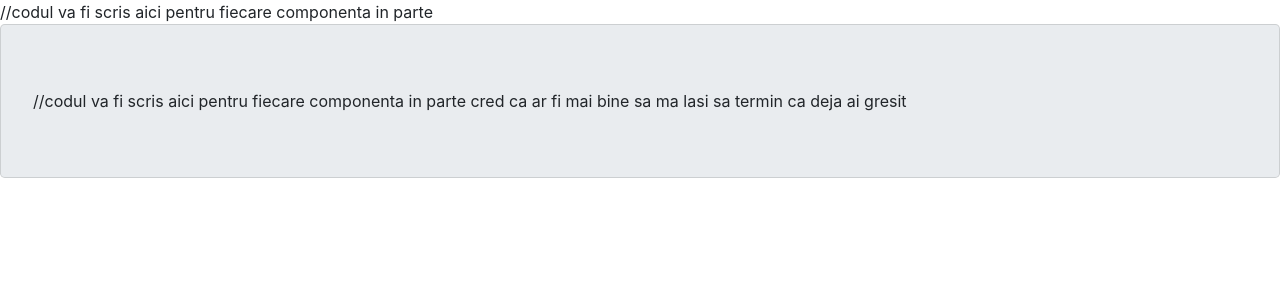
Repository: nicolasolo/bitesizecoding.space
Page: index.html
The author's editor kept a copy of each file at every save. The page is drawn from the files as they stood at one save, then again after the next save.
The browser window is 1280 px wide. The pictures show the whole page.

Above is the page before, as saved 2020-04-09 17:20:08.

After the next save:
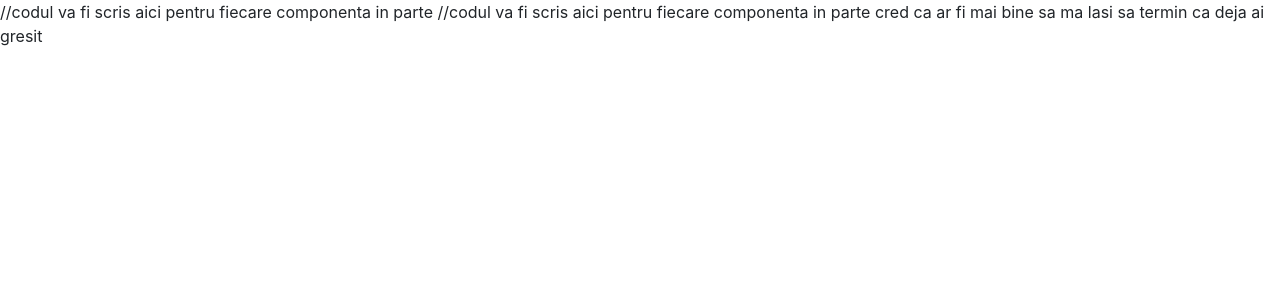
Saved 15 s later.
--- a/index.html
+++ b/index.html
@@ -12,7 +12,7 @@
 <header>
 <!-- Navbar-->
 //codul va fi scris aici pentru fiecare componenta in parte
-<div class="jumbotron card card-image"style=""
+
 <!-- Jumbotron -->
 //codul va fi scris aici pentru fiecare componenta in parte
 cred ca ar fi mai bine sa ma lasi sa termin ca deja ai gresit
